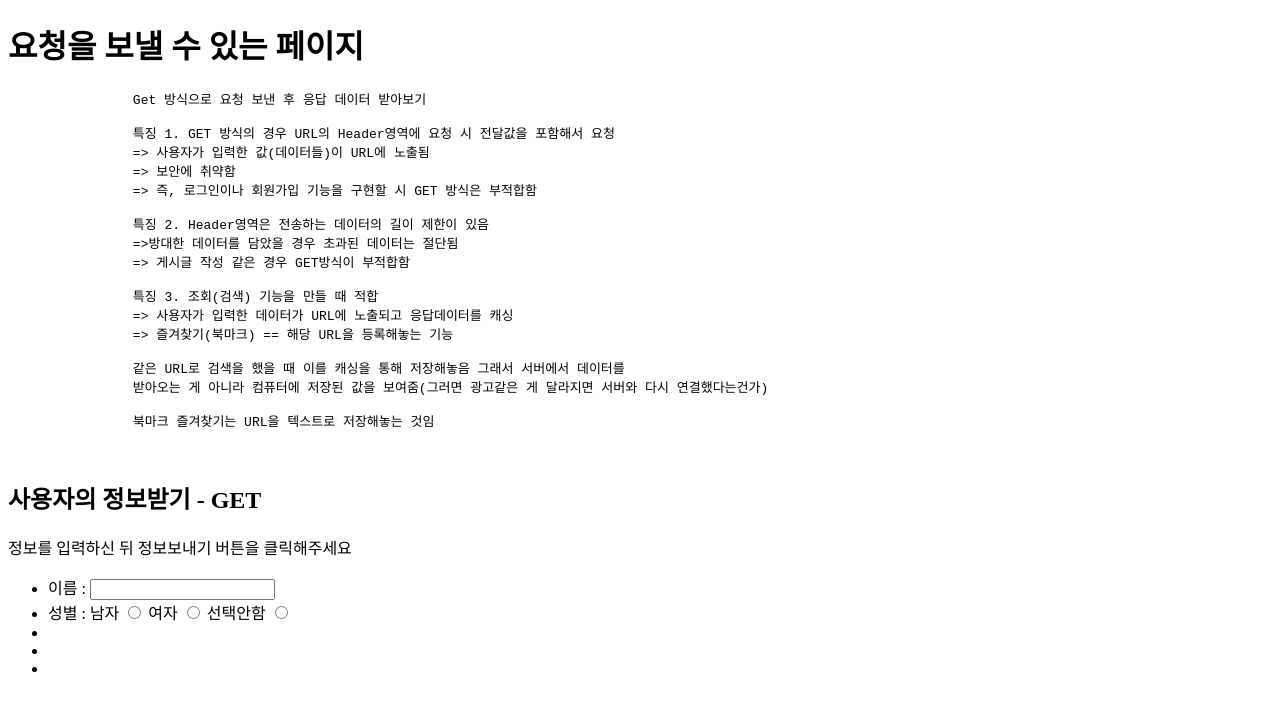
Repository: 1018lmh-hub/java_dynamic
Page: MyFirstWebProject/src/main/webapp/views/request_get.html
An editor plug-in stored every save of this project. The page is shown before and after the next save, followed by the edit.
The browser window is 1280 px wide. The pictures show the whole page.

Above is the page before, as saved 2026-05-04 05:10:50.

After the next save:
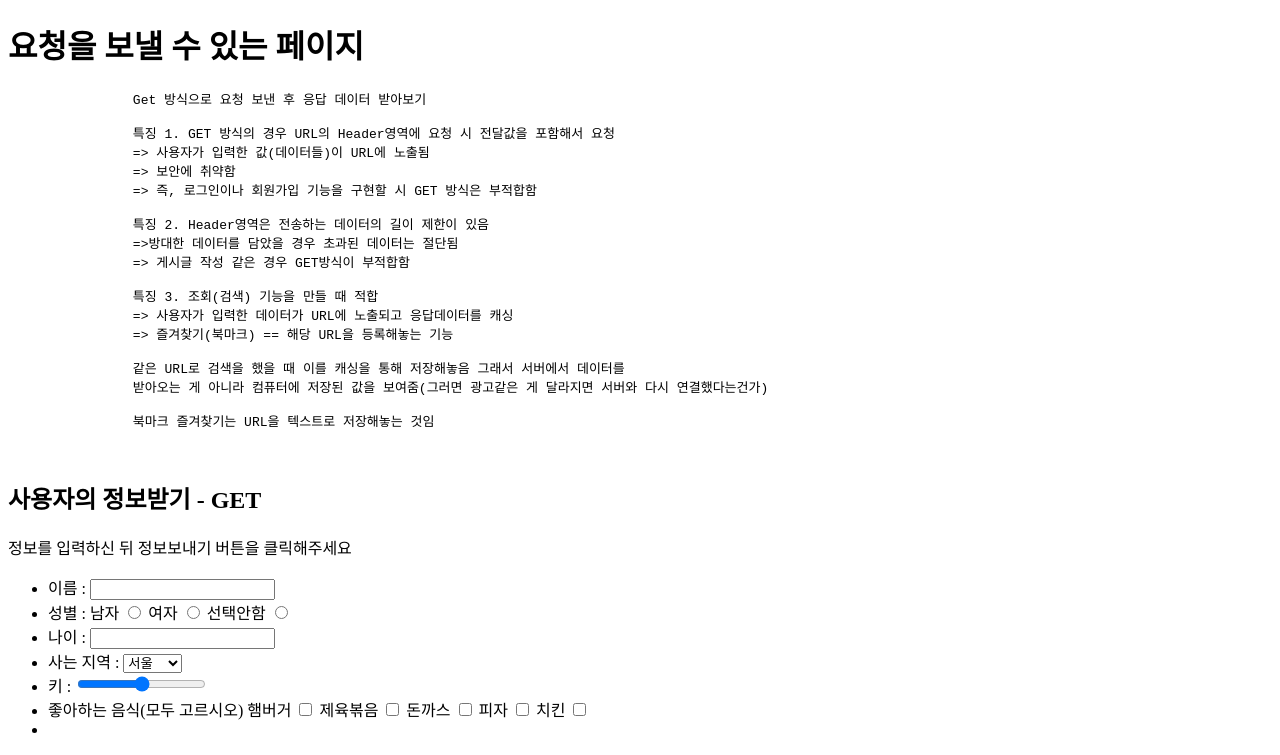
Saved 9 min 21 s later.
--- a/MyFirstWebProject/src/main/webapp/views/request_get.html
+++ b/MyFirstWebProject/src/main/webapp/views/request_get.html
@@ -48,19 +48,34 @@
 			</li>
 			<li>
 				성별 :
-				남자 <input type="radio" name ="gender"/>
-				여자 <input type="radio" name ="gender"/>
-				선택안함 <input type="radio" name ="gender"/>
+				남자 <input type="radio" name ="gender" value = "남자"/>
+				여자 <input type="radio" name ="gender" value = "여자"/>
+				선택안함 <input type="radio" name ="gender" value = "선택 안 함"/>
 			</li>
 			<li>
-
+				나이 : <input type = "number" name = "age"/>
 			</li>
 			<li>
-
+				사는 지역 :
+				<select name = "city">
+					<option>서울<option/>
+					<option value = "제주">제주도<option/>
+				</select>
 			</li>
 			<li>
+				키 : <input type="range" min="130" max="220" name="height"/>
+			</li>
+			<li>
+				좋아하는 음식(모두 고르시오)
+				햄버거 <input type="checkbox" name="food" value="햄버거"/>
+				제육볶음 <input type="checkbox" name="food" value="제육볶음"/>
+				돈까스 <input type="checkbox" name="food" value="돈까스"/>
+				피자 <input type="checkbox" name="food" value="피자"/>
+				치킨 <input type="checkbox" name="food" value="치킨"/>
+			</li>
+			<li>
+			</li>
 
-			</li>
 		</ul>
 
 	</form>
